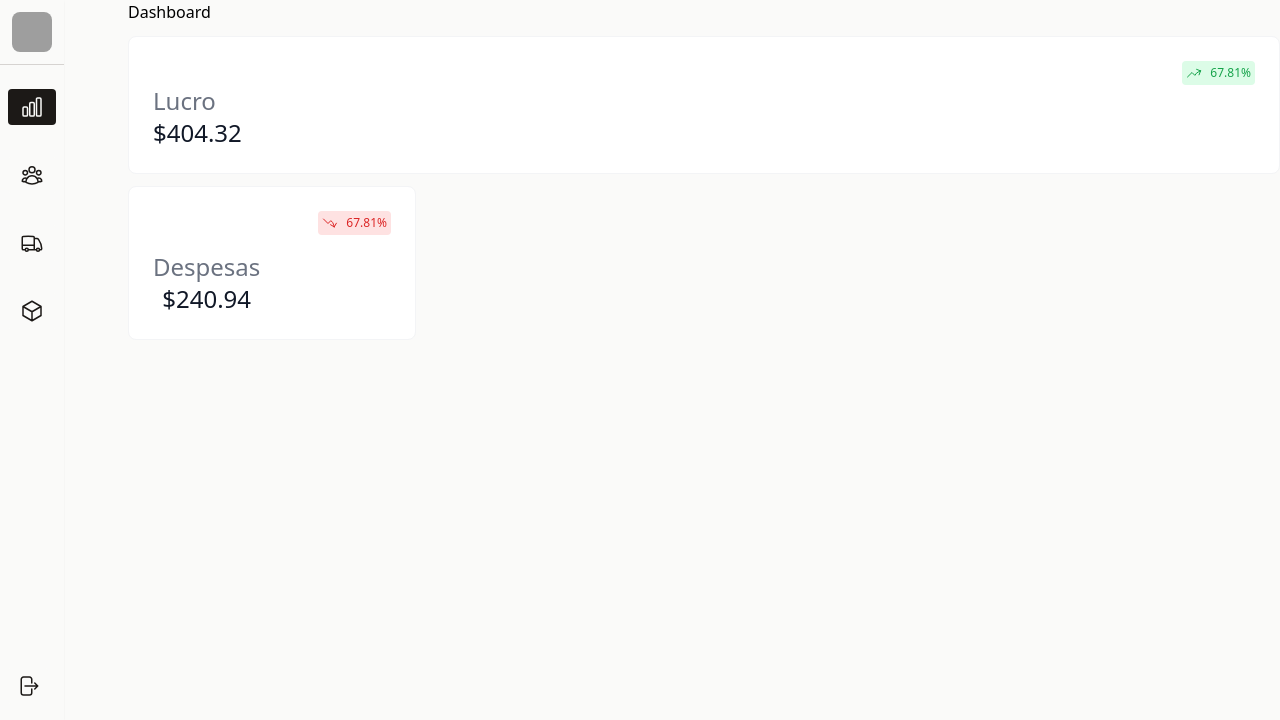
Repository: XavierOtavio/Cuzinhas
Page: /dashboard
These files come from the project's save history. The page is drawn as it stood at one moment and after the next save; the edit follows.
The browser window is 1280 px wide. The pictures show the whole page.
Pictures or frames that could not be fetched are drawn as grey boxes. The project was rebuilt for these pictures with package versions that can differ from the ones it lists, and the page was loaded fresh each time. Also part of the build but not shown: src/components/Orders.js, src/components/Employees.js, src/components/Login.js, src/components/Register.js, src/components/Home.js, src/components/Logotipo.js, src/components/Header.js, src/components/Footer.js and 1 more.

Above is the page before, as saved 2023-03-08 18:15:41.

After the next save:
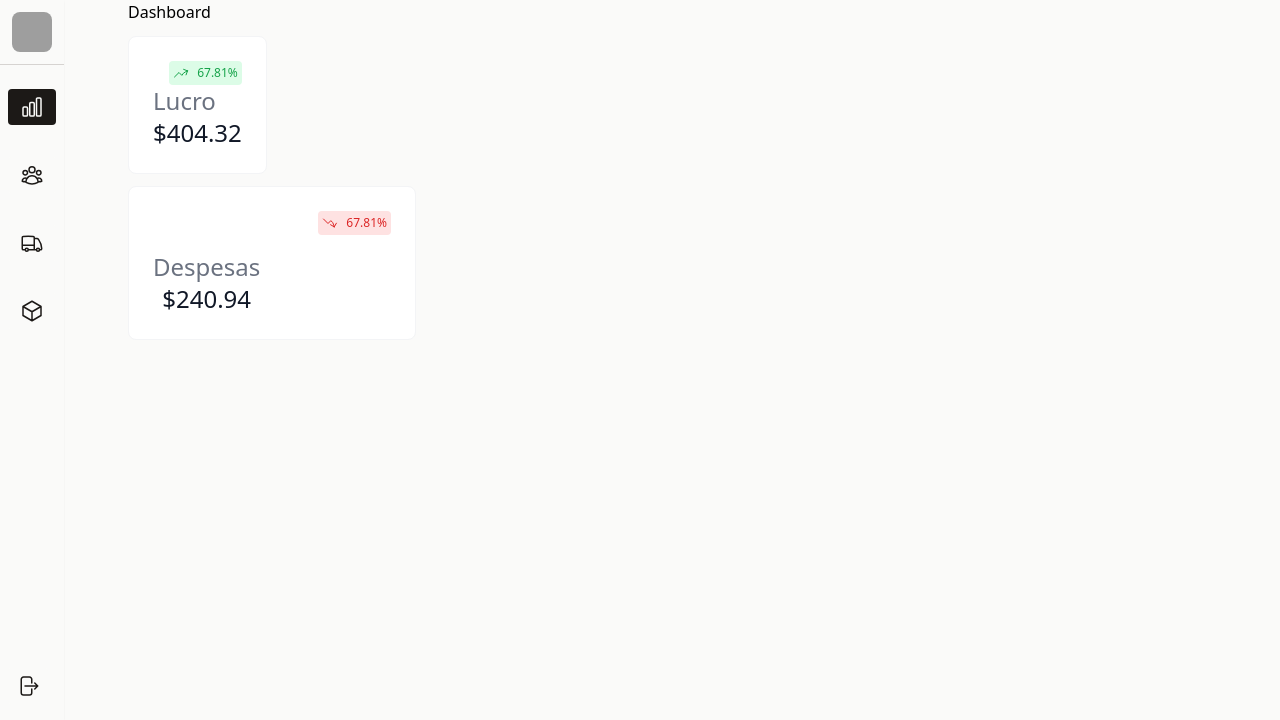
Saved 2 s later.
--- a/src/components/Dashboard.js
+++ b/src/components/Dashboard.js
@@ -10,7 +10,7 @@ export default function Dashboard() {
       <h2 classname="w-full">Dashboard</h2>
       <div classname="grid grid-cols-12">
         <div classname="col-start-1 col-end-4">
-          <button class="flex flex-col rounded-lg border border-gray-100 bg-white p-6 w-full my-3">
+          <button class="flex flex-col rounded-lg border border-gray-100 bg-white p-6 my-3">
             <div class="inline-flex gap-2 self-end rounded bg-green-100 p-1 text-green-600">
               <ArrowTrendingUpIcon className="h-4 w-4" />
               <span class="text-xs font-medium"> 67.81% </span>
